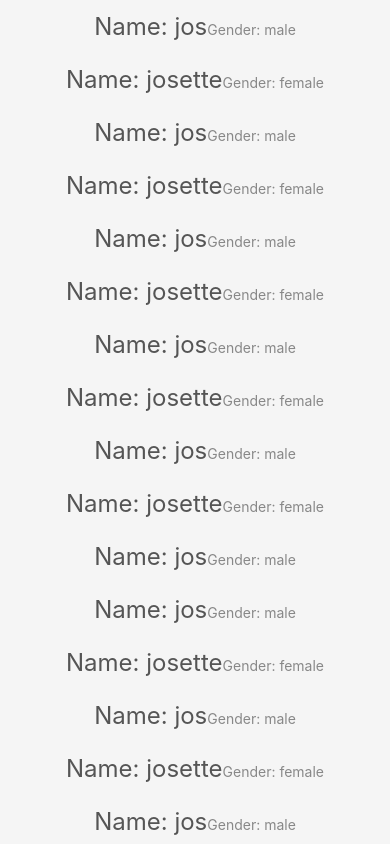
Repository: kfrancois/Bachelorproef-Apps
Screen: / (app in React Native/ListApp/.vscode/)
The author's editor kept a copy of each file at every save. The screen is drawn from the files as they stood at one save, then again after a run of saves.
An inner scrolling area shows only its first screen. The app was drawn by React Native's web renderer in a window 390 px wide. The project was rebuilt for these pictures with package versions that can differ from the ones it lists, and the page was loaded fresh each time.

Above is the screen before, as saved 2018-04-23 15:02:59.

### React Native/ListApp/.vscode/App.js
import React, { Component } from 'react';
import MyListView from './src/listView';

// type Props = {};
export default class App extends Component {
  render() {
    return <MyListView />;
  }
}

### React Native/ListApp/.vscode/src/listView.js
import React, { Component } from 'react';
import { View, FlatList, Text, SafeAreaView, StyleSheet } from 'react-native';
import items from './items';
import Row from './row';

export default class MyListView extends Component {
  render() {
    return (
      <SafeAreaView style={{ flex: 1, backgroundColor: 'whitesmoke' }}>
        <FlatList
          style={styles.idk}
          contentContainerStyle={styles.container}
          data={items}
          renderItem={data => {
            return <Row item={data.item} />;
          }}
        />
      </SafeAreaView>
    );
  }
}

const styles = StyleSheet.create({
  idk: {
    flex: 1,
    backgroundColor: 'whitesmoke'
  },
  container: {
    justifyContent: 'center',
    alignItems: 'center'
  },
  item: {
    padding: 10,
    fontSize: 18,
    height: 44
  }
});

### React Native/ListApp/.vscode/src/items.js
const items = [
  { key: '0', name: 'jos', gender: 'male' },
  { key: '1', name: 'josette', gender: 'female' },
  { key: '2', name: 'jos', gender: 'male' },
  { key: '3', name: 'josette', gender: 'female' },
  { key: '4', name: 'jos', gender: 'male' },
  { key: '5', name: 'josette', gender: 'female' },
  { key: '6', name: 'jos', gender: 'male' },
  { key: '7', name: 'josette', gender: 'female' },
  { key: '8', name: 'jos', gender: 'male' },
  { key: '9', name: 'josette', gender: 'female' },
  { key: '10', name: 'jos', gender: 'male' },
  { key: '11', name: 'jos', gender: 'male' },
  { key: '12', name: 'josette', gender: 'female' },
  { key: '13', name: 'jos', gender: 'male' },
  { key: '14', name: 'josette', gender: 'female' },
  { key: '15', name: 'jos', gender: 'male' },
  { key: '16', name: 'josette', gender: 'female' },
  { key: '17', name: 'jos', gender: 'male' },
  { key: '18', name: 'josette', gender: 'female' },
  { key: '19', name: 'jos', gender: 'male' },
  { key: '20', name: 'josette', gender: 'female' },
  { key: '21', name: 'jos', gender: 'male' },
  { key: '22', name: 'josette', gender: 'female' },
  { key: '23', name: 'jos', gender: 'male' },
  { key: '24', name: 'josette', gender: 'female' },
  { key: '25', name: 'jos', gender: 'male' },
  { key: '26', name: 'josette', gender: 'female' },
  { key: '27', name: 'jos', gender: 'male' },
  { key: '28', name: 'josette', gender: 'female' },
  { key: '29', name: 'jos', gender: 'male' },
  { key: '30', name: 'josette', gender: 'female' },
  { key: '31', name: 'jos', gender: 'male' },
  { key: '32', name: 'josette', gender: 'female' },
  { key: '33', name: 'jos', gender: 'male' },
  { key: '34', name: 'josette', gender: 'female' },
  { key: '35', name: 'jos', gender: 'male' },
  { key: '36', name: 'josette', gender: 'female' },
  { key: '37', name: 'jos', gender: 'male' },
  { key: '38', name: 'josette', gender: 'female' },
  { key: '39', name: 'jos', gender: 'male' },
  { key: '40', name: 'josette', gender: 'female' },
  { key: '41', name: 'jos', gender: 'male' },
  { key: '42', name: 'josette', gender: 'female' },
];

export default items;

### React Native/ListApp/.vscode/src/row.js
import React from 'react';
import { View, Text, StyleSheet } from 'react-native';

const styles = StyleSheet.create({
  container: {
      flex: 1,
    padding: 12,
    flexDirection: 'row',
    justifyContent: 'space-between',
    alignItems: 'baseline'
  },
  rowHeading: {
    fontSize: 24,
    color: '#555'
  },
  rowText: {
    fontSize: 14,
    color: '#888'
  }
});

const Row = props => {
  const item = props.item;
  const { name, gender } = item;
  return (
    <View style={styles.container}>
      <Text style={styles.rowHeading}>Name: {name}</Text>
      <Text style={styles.rowText}>Gender: {gender}</Text>
    </View>
  );
};

export default Row;

After the next 2 saves:
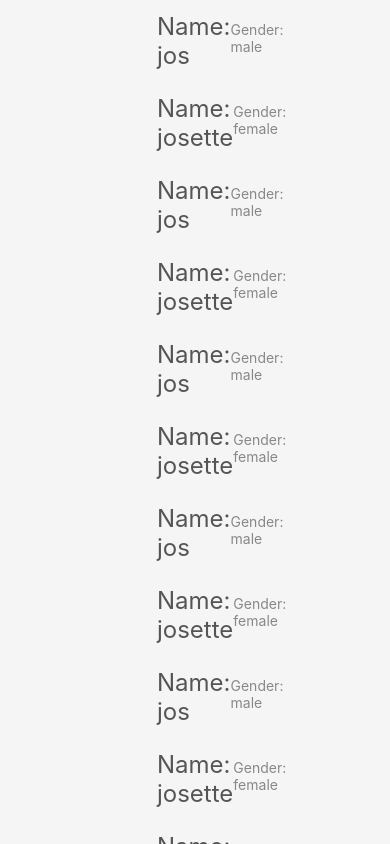
The 2 saves are shown as one change because 1 did not build or start.
The last was saved 36 s later.
--- a/React Native/ListApp/.vscode/src/row.js
+++ b/React Native/ListApp/.vscode/src/row.js
@@ -3,7 +3,7 @@
 
 const styles = StyleSheet.create({
   container: {
-      flex: 1,
+    width: 100,
     padding: 12,
     flexDirection: 'row',
     justifyContent: 'space-between',

After the save that followed:
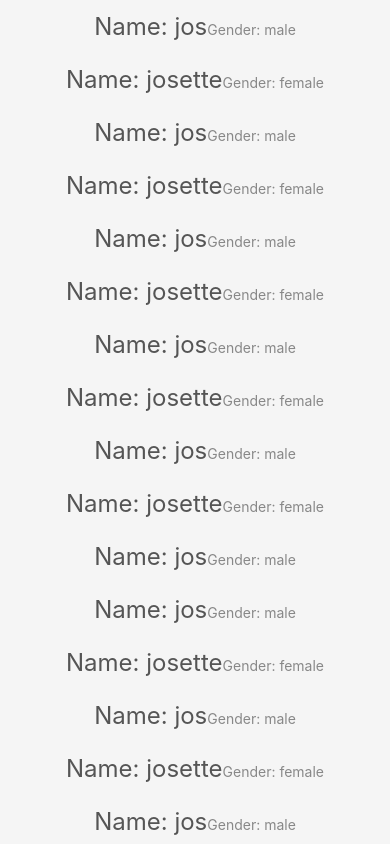
Saved 18 s later.
--- a/React Native/ListApp/.vscode/src/row.js
+++ b/React Native/ListApp/.vscode/src/row.js
@@ -3,7 +3,7 @@
 
 const styles = StyleSheet.create({
   container: {
-    width: 100,
+    alignSelf: 'stretch',
     padding: 12,
     flexDirection: 'row',
     justifyContent: 'space-between',
